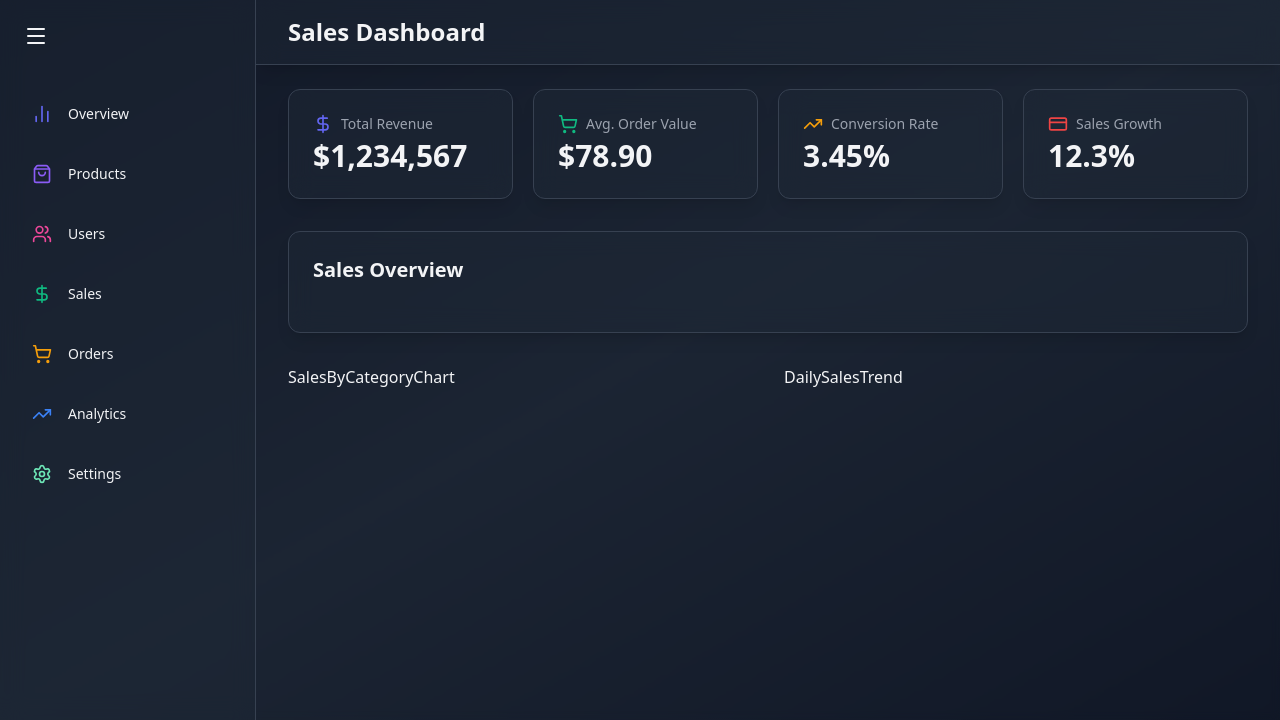
Repository: Abdirabi11/React-dashboard
Page: /sales
The author's editor kept a copy of each file at every save. The page is drawn from the files as they stood at one save, then again after the next save.
The browser window is 1280 px wide. The pictures show the whole page.
The project was rebuilt for these pictures with package versions that can differ from the ones it lists, and the page was loaded fresh each time. Also part of the build but not shown: vite.config.js, src/components/overview/SalesOverviewChart.jsx, src/components/overview/CategoryDistributionChart.jsx, src/components/overview/SalesChannelChart.jsx, src/pages/OverviewPage.jsx, src/components/products/SalesTrendChart.jsx, src/components/products/ProductsTable.jsx, src/pages/ProductsPage.jsx and 8 more.

Above is the page before, as saved 2025-07-19 08:14:17.

### src/components/common/Sidebar.jsx
import { BarChart2, DollarSign, Menu, Settings, ShoppingBag, ShoppingCart, TrendingUp, Users } from "lucide-react";
import { useState } from "react";
import { AnimatePresence, motion } from "framer-motion";
import { Link } from "react-router-dom";

const SIDEBAR_ITEMS = [
	{
		name: "Overview",
		icon: BarChart2,
		color: "#6366f1",
		href: "/",
	},
	{ name: "Products", icon: ShoppingBag, color: "#8B5CF6", href: "/products" },
	{ name: "Users", icon: Users, color: "#EC4899", href: "/users" },
	{ name: "Sales", icon: DollarSign, color: "#10B981", href: "/sales" },
	{ name: "Orders", icon: ShoppingCart, color: "#F59E0B", href: "/orders" },
	{ name: "Analytics", icon: TrendingUp, color: "#3B82F6", href: "/analytics" },
	{ name: "Settings", icon: Settings, color: "#6EE7B7", href: "/settings" },
];

const Sidebar = () => {
	const [isSidebarOpen, setIsSidebarOpen] = useState(true);

	return (
		<motion.div
			className={`relative z-10 transition-all duration-300 ease-in-out flex-shrink-0 ${
				isSidebarOpen ? "w-64" : "w-20"
			}`}
			animate={{ width: isSidebarOpen ? 256 : 80 }}
		>
			<div className='h-full bg-gray-800 bg-opacity-50 backdrop-blur-md p-4 flex flex-col border-r border-gray-700'>
				<motion.button
					whileHover={{ scale: 1.1 }}
					whileTap={{ scale: 0.9 }}
					onClick={() => setIsSidebarOpen(!isSidebarOpen)}
					className='p-2 rounded-full hover:bg-gray-700 transition-colors max-w-fit'
				>
					<Menu size={24} />
				</motion.button>

				<nav className='mt-8 flex-grow'>
					{SIDEBAR_ITEMS.map((item) => (
						<Link key={item.href} to={item.href}>
							<motion.div className='flex items-center p-4 text-sm font-medium rounded-lg hover:bg-gray-700 transition-colors mb-2'>
								<item.icon size={20} style={{ color: item.color, minWidth: "20px" }} />
								<AnimatePresence>
									{isSidebarOpen && (
										<motion.span
											className='ml-4 whitespace-nowrap'
											initial={{ opacity: 0, width: 0 }}
											animate={{ opacity: 1, width: "auto" }}
											exit={{ opacity: 0, width: 0 }}
											transition={{ duration: 0.2, delay: 0.3 }}
										>
											{item.name}
										</motion.span>
									)}
								</AnimatePresence>
							</motion.div>
						</Link>
					))}
				</nav>
			</div>
		</motion.div>
	);
};
export default Sidebar;

### src/pages/SalesPage.jsx
import { motion } from "framer-motion";
import { CreditCard, DollarSign, ShoppingCart, TrendingUp } from "lucide-react";
import Header from "../components/common/Header";
import StatCard from "../components/common/StatCard";
import DailySalesTrend from "../components/sales/DailySalesTrend";
import SalesByCategoryChart from "../components/sales/SalesByCategoryChart";
import SalesOverviewChart from "../components/sales/SalesOverviewChart";

const salesStats = {
	totalRevenue: "$1,234,567",
	averageOrderValue: "$78.90",
	conversionRate: "3.45%",
	salesGrowth: "12.3%",
};

const SalesPage = () => {
	return (
		<div className="flex-1 overflow-auto relative z-10">
			<Header title='Sales Dashboard' />
			<main className="max-w-7xl mx-auto py-6 px-4 lg:px-8">
				<motion.div
				 className='grid grid-cols-1 gap-5 sm:grid-cols-2 lg:grid-cols-4 mb-8'
				 initial={{ opacity: 0, y: 20 }}
				 animate={{ opacity: 1, y: 0 }}
				 transition={{ duration: 1 }}
				>
					<StatCard
						name='Total Revenue'
						icon={DollarSign}
						value={salesStats.totalRevenue}
						color='#6366F1'
					/>
					<StatCard
						name='Avg. Order Value'
						icon={ShoppingCart}
						value={salesStats.averageOrderValue}
						color='#10B981'
					/>
					<StatCard
						name='Conversion Rate'
						icon={TrendingUp}
						value={salesStats.conversionRate}
						color='#F59E0B'
					/>
					<StatCard name='Sales Growth' icon={CreditCard} value={salesStats.salesGrowth} color='#EF4444' />
				</motion.div>
				<SalesOverviewChart />
				<div className="grid grid-cols-1 lg:grid-cols-2 gap-8 mb-8">
					<SalesByCategoryChart />
					<DailySalesTrend />
				</div>
			</main>
		</div>
	);
};
export default SalesPage;

### src/components/sales/DailySalesTrend.jsx
import React from 'react'

const DailySalesTrend = () => {
  return (
    <div>DailySalesTrend</div>
  )
}

export default DailySalesTrend

### src/components/sales/SalesByCategoryChart.jsx
import React from 'react'

const SalesByCategoryChart = () => {
  return (
    <div>SalesByCategoryChart</div>
  )
}

export default SalesByCategoryChart

### src/components/sales/SalesOverviewChart.jsx
import { motion } from 'framer-motion';
import React, { useState } from 'react'

const monthlySalesData = [
	{ month: "Jan", sales: 4000 },
	{ month: "Feb", sales: 3000 },
	{ month: "Mar", sales: 5000 },
	{ month: "Apr", sales: 4500 },
	{ month: "May", sales: 6000 },
	{ month: "Jun", sales: 5500 },
	{ month: "Jul", sales: 7000 },
];

const SalesOverviewChart = () => {
    const [selectedTimeRange, setSelectedTimeRange] = useState("This Month");
  return (
    <motion.div
        className='bg-gray-800 bg-opacity-50 backdrop-blur-md shadow-lg rounded-xl p-6 border border-gray-700 mb-8'
        initial={{ opacity: 0, y: 20 }}
        animate={{ opacity: 1, y: 0 }}
        transition={{ delay: 0.2 }}
    >
        <div className='flex items-center justify-between mb-6'>
            <h2 className='text-xl font-semibold text-gray-100'>Sales Overview</h2>
        </div>
    </motion.div>
  )
}

export default SalesOverviewChart

Loaded but not shown: index.html (common file); src/main.jsx (common file); src/App.jsx (common file); src/index.css (common file); src/components/common/Header.jsx (common file); src/components/common/StatCard.jsx (common file); tailwind.config.js (common file)

After the next save:
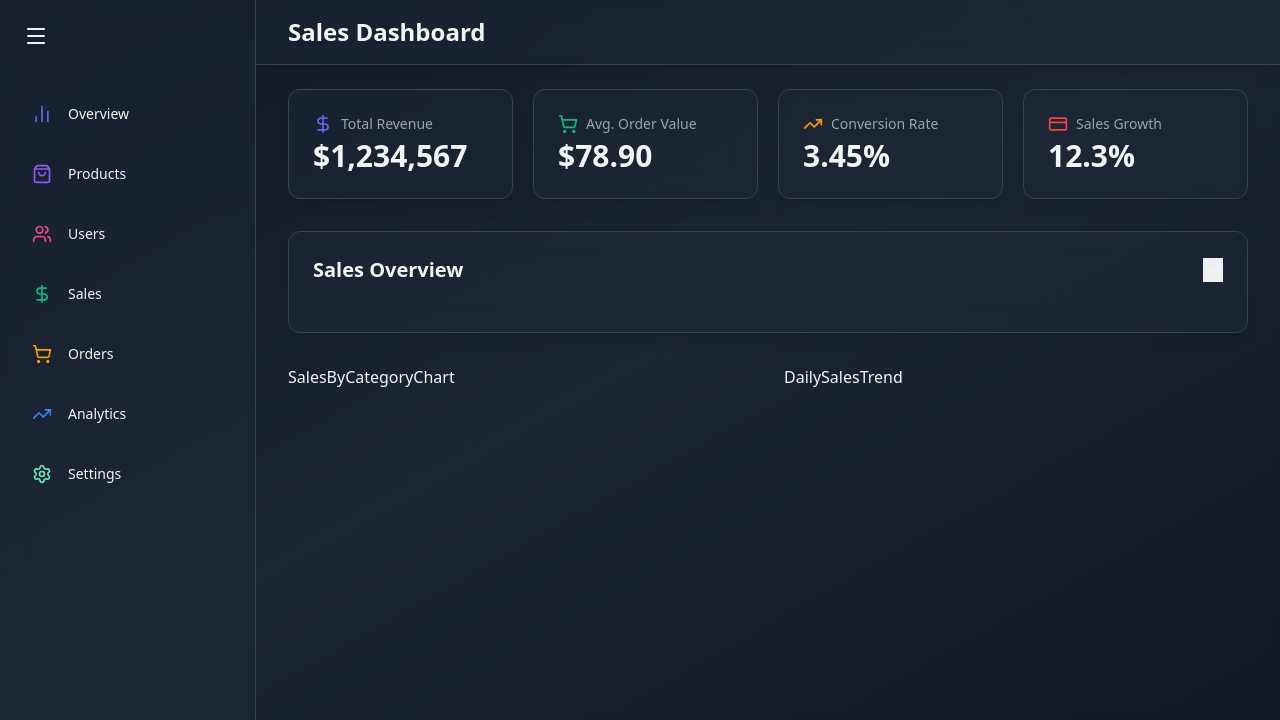
Saved 8 min 50 s later.
--- a/src/components/sales/SalesOverviewChart.jsx
+++ b/src/components/sales/SalesOverviewChart.jsx
@@ -22,6 +22,9 @@ const SalesOverviewChart = () => {
     >
         <div className='flex items-center justify-between mb-6'>
             <h2 className='text-xl font-semibold text-gray-100'>Sales Overview</h2>
+            <select>
+
+            </select>
         </div>
     </motion.div>
   )
